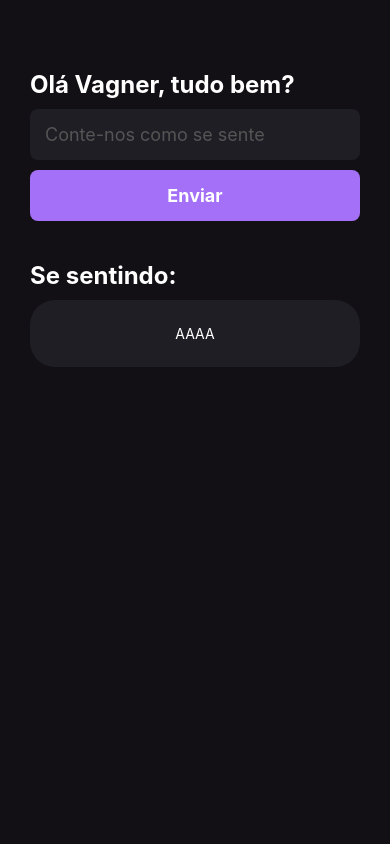
Repository: vagnereix/01-myskills-trilha-react-native
Screen: /
These files come from the project's save history. The screen is drawn as it stood at one moment and after the next save; the edit follows.
The app was drawn by React Native's web renderer in a window 390 px wide. The project was rebuilt for these pictures with package versions that can differ from the ones it lists, and the page was loaded fresh each time.

Above is the screen before, as saved 2021-06-17 18:19:22.

### App.tsx
import React from 'react';

import { Home } from './pages/home';

export default function App() {
  return (
    <Home />
  );
};

### pages/home.tsx
import React, { useState } from 'react';
import {
    View,
    Text,
    StyleSheet,
    TextInput,
    Platform,
    TouchableOpacity
} from 'react-native';

export function Home() {
    const [feeling, setFeeling] = useState<string>('');
    const [feelings, setFeelings] = useState<string[]>([]);

    function handleClick() {
        setFeelings(oldFeelings => [...oldFeelings, feeling]);
    }

    function handleChange(feeling: string) {
        setFeeling(feeling)
    }

    return (
      <View style={styles.container}>
        <Text style={styles.title}>Olá Vagner, tudo bem?</Text>

        <TextInput
          onChangeText={handleChange}
          style={styles.input}
          placeholder="Conte-nos como se sente"
          placeholderTextColor="#555"
        />

        <TouchableOpacity style={styles.touch} onPress={handleClick}>
          <Text style={styles.touchText}>Enviar</Text>
        </TouchableOpacity>

        <Text style={[styles.title, {marginTop: 40}]}>Se sentindo:</Text>

        <TouchableOpacity style={styles.buttonFeeling}>
          <Text style={styles.textFeeling}>
              AAAA
          </Text>
        </TouchableOpacity>
      </View>
    );
}

const styles = StyleSheet.create({
  container: {
    flex: 1,
    paddingHorizontal: 30,
    paddingVertical: 70,
    backgroundColor: '#121015',
  },
  title: {
    color: '#fff',
    fontWeight: 'bold',
    fontSize: 24
  },
  input: {
    marginTop: 10,
    borderRadius: 8,
    backgroundColor: '#1f1e25',
    fontSize: 18,
    padding: Platform.OS == 'android' ? 10 : 15,
  },
  touch: {
    backgroundColor: '#a370f7',
    marginTop: 10,
    padding: 15,
    borderRadius: 8,
    alignItems: 'center',
  },
  touchText: {
      fontWeight: 'bold',
      fontSize: 18,
      color: '#fff'
  },
  feeling: {
      color: '#fff',
      fontSize: 18,
      marginTop: 5
  },
  buttonFeeling: {
    alignItems: 'center',
    borderRadius: 25,
    backgroundColor: '#1f1e25',
    padding: 25,
    marginTop: 10
  },
  textFeeling: {
    color: '#fff'
  }
});

After the next save:
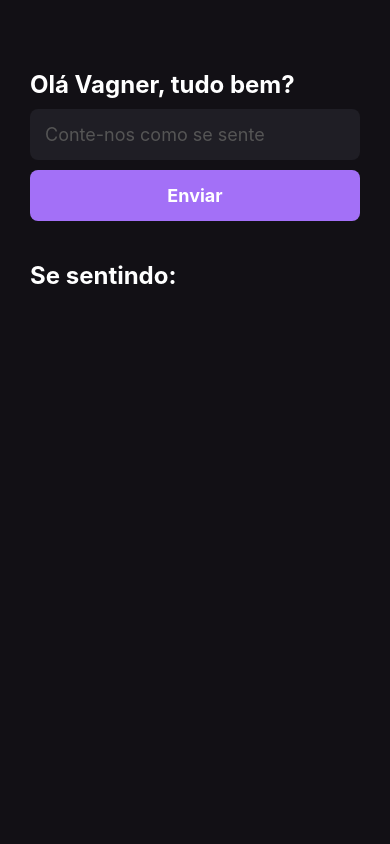
Saved 2 min 3 s later.
--- a/pages/home.tsx
+++ b/pages/home.tsx
@@ -37,11 +37,17 @@ export function Home() {
 
         <Text style={[styles.title, {marginTop: 40}]}>Se sentindo:</Text>
 
-        <TouchableOpacity style={styles.buttonFeeling}>
-          <Text style={styles.textFeeling}>
-              AAAA
-          </Text>
-        </TouchableOpacity>
+        {
+            feelings.map(
+                feeling => (
+                    <TouchableOpacity style={styles.buttonFeeling}>
+                        <Text style={styles.textFeeling}>
+                            {feeling}
+                        </Text>
+                    </TouchableOpacity>
+                )
+            )
+        }
       </View>
     );
 }
